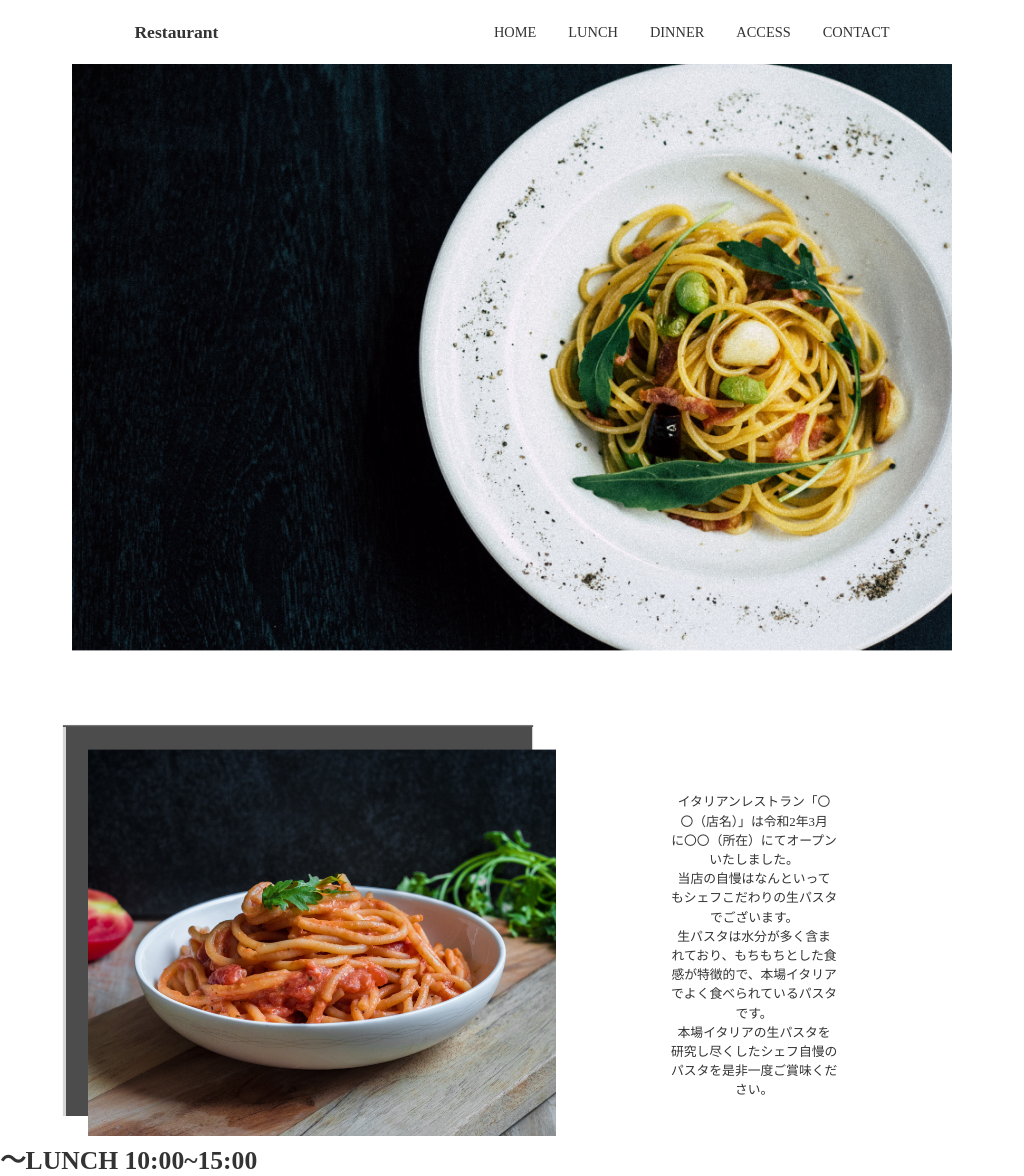
Repository: konatsu-0806/demo-site
Page: FromFigma/index.html
These files come from the project's save history. The page is drawn as it stood at one moment and after a run of saves; the edit follows.
The browser window is 1280 px wide. The pictures show the whole page, at 80% of full size.

Above is the page before, as saved 2023-02-08 17:27:21.

### FromFigma/index.html
<!DOCTYPE html>
<html lang="ja">

<head>
  <meta charset="UTF-8">
  <meta name="viewport" content="width=device-width, initial-scale=1.0">
  <meta http-equiv="X-UA-Compatible" content="ie=edge">
  <link rel="stylesheet" href="css/style.css">
  <title>demosite</title>
</head>

<body>
  <header class="header_bg">
    <div class="header_contents">
      <h1>Restaurant</h1>
      <div class="responsive_btn">
        <div class="menu_line"></div>
        <div class="menu_line"></div>
        <div class="menu_line"></div>
      </div>
      <nav class="header_nav">
        <ul class="header_nav_lists">
          <li><a class="nav_link" href="">HOME</a></li>
          <li><a class="nav_link" href="">LUNCH</a></li>
          <li><a class="nav_link" href="">DINNER</a></li>
          <li><a class="nav_link" href="">ACCESS</a></li>
          <li><a class="nav_link" href="">CONTACT</a></li>
        </ul>
      </nav>
    </div>
  </header>
  <script src="js/master.js"></script>

  <div class="main_visual">
   <img src="img/mgg-vitchakorn-98Xi5vMGKck-unsplash.jpg" alt="">
  </div>

  <div class="intro_bg">
    <div class="intro_contents">
        <div class="intro_img">
            <img src="img/pratik-gupta-gyt0s3wR1YM-unsplash.jpg" alt="">
        </div>
        <div class="intro_sentence">
            <p class="text-center">
              イタリアンレストラン「〇<br />
              〇（店名）」は令和2年3月<br />
              に〇〇（所在）にてオープン<br />
              いたしました。
            </p>
            <p class="text-center">
              当店の自慢はなんといって<br />
              もシェフこだわりの生パスタ<br />
              でございます。<br />
            </p>
            <p class="text-center">
              生パスタは水分が多く含ま<br />
              れており、もちもちとした食<br />
              感が特徴的で、本場イタリア<br />
              でよく食べられているパスタ<br />
              です。
            </p>
            <p class="text-center">
              本場イタリアの生パスタを<br />
              研究し尽くしたシェフ自慢の<br />
              パスタを是非一度ご賞味くだ<br />
              さい。
            </p>
        </div>
    </div>
</div>

<div class="lunch">
  <div class="triangle"></div>
  <h1>～LUNCH
    10:00~15:00
  </h1>
</div>
</body>

</html>

### FromFigma/css/style.css
/* Reset style */
* {
    margin: 0;
    padding: 0;
    box-sizing: border-box;
    list-style: none;
    text-decoration: none;
    color: #333;
}

/* Normal header style */
.header_bg {
    width: 100%;
    height: 80px;
}

.header_contents {
    width: 100%;
    max-width: 1024px;
    height: 100%;
    margin: 0 auto;
    display: flex;
    justify-content: space-between;
    align-items: center;
}

.header_contents h1 {
    font-size: 22px;
    margin: 0 0 0 40px;
}

.header_nav_lists {
    display: flex;
}

.header_nav_lists li {
    margin: 0 40px 0 0;
}

.nav_link {
    font-size: 18px;
}

/* Responsive menu button */
.responsive_btn {
    display: none;
    flex-direction: column;
    align-items: center;
    justify-content: center;
    width: 32px;
    height: 32px;
    margin: 0 40px 0 0;
    cursor: pointer;
    position: relative;
    z-index: 10;
}

.menu_line {
    background-color: #333;
    border-radius: 5px;
    width: 100%;
    height: 5px;
    margin: 4px 0;
}

/* Reaponsive style */
@media screen and (max-width: 768px) {
    .responsive_btn {
        display: flex;
    }

    .header_bg {
        position: relative;
    }

    .header_nav {
        background-color: white;
        width: 100%;
        height: 100vh;
        padding: 80px 0 0 0;
        position: absolute;
        top: 0;
        right: -100%;
        transition: .5s;
    }

    .header_nav_lists {
        display: block;
        text-align: center;
    }

    .header_nav_lists li {
        margin: 0 0 40px;
        text-align: center;
    }

    .nav_link {
        font-size: 20px;
    }
}

/* js function "menuToggle" starting only */
.menu_active {
    right: 0;
  }

/* 1st pic */
img {
    width: 100%;
}

.main_visual {
    padding: 0 50px;
    margin: auto;
    max-width: 1200px;
}

/* contents */
.intro_bg {
    width: 100%;
    max-width: 1200px;
    margin: auto;
    padding: 120px 50px 0px 70px;
}
.contents img {
    width: 100%;
}
.text-center {
    text-align: center;
}
.intro_contents {
    display: flex;
}
.intro_img {
    width: 55%;
    margin: auto;
    box-shadow: -30px -30px 1px 1px rgba(0, 0, 0, 0.7);
}
.intro_sentence {
    width: 45%;
    margin: auto .5rem;
}
@media screen and (max-width: 767px) {
    .intro_contents {
        display: block;
    }
    .intro_contents .intro_img {
        width: 100%;
        margin: 0 auto;
    }
    .intro_contents .intro_sentence {
        width: 100%;
        margin: 0 auto;
    }
}

### FromFigma/js/master.js
const responsive_menu_btn = document.querySelector('.responsive_btn');
responsive_menu_btn.addEventListener('click', menuToggle);

function menuToggle() {
  const header_menu_detail = document.querySelector('.header_nav');
  header_menu_detail.classList.toggle('menu_active');
}

After the next 3 saves:
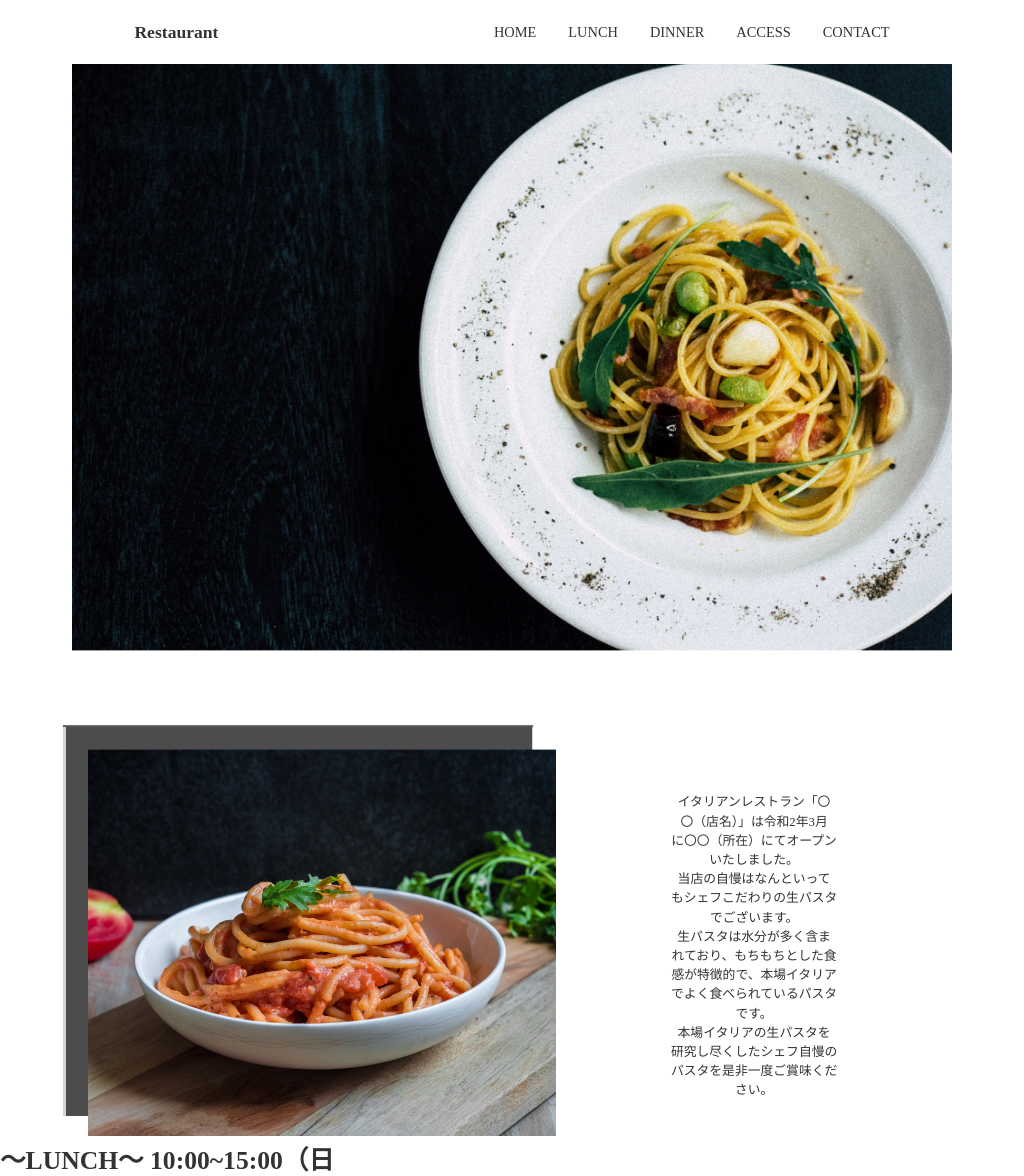
The 3 saves are shown as one change because they came seconds apart.
The last was saved 10 s later.
--- a/FromFigma/index.html
+++ b/FromFigma/index.html
@@ -71,8 +71,8 @@
 
 <div class="lunch">
   <div class="triangle"></div>
-  <h1>～LUNCH
-    10:00~15:00
+  <h1>～LUNCH～
+    10:00~15:00（日
   </h1>
 </div>
 </body>
